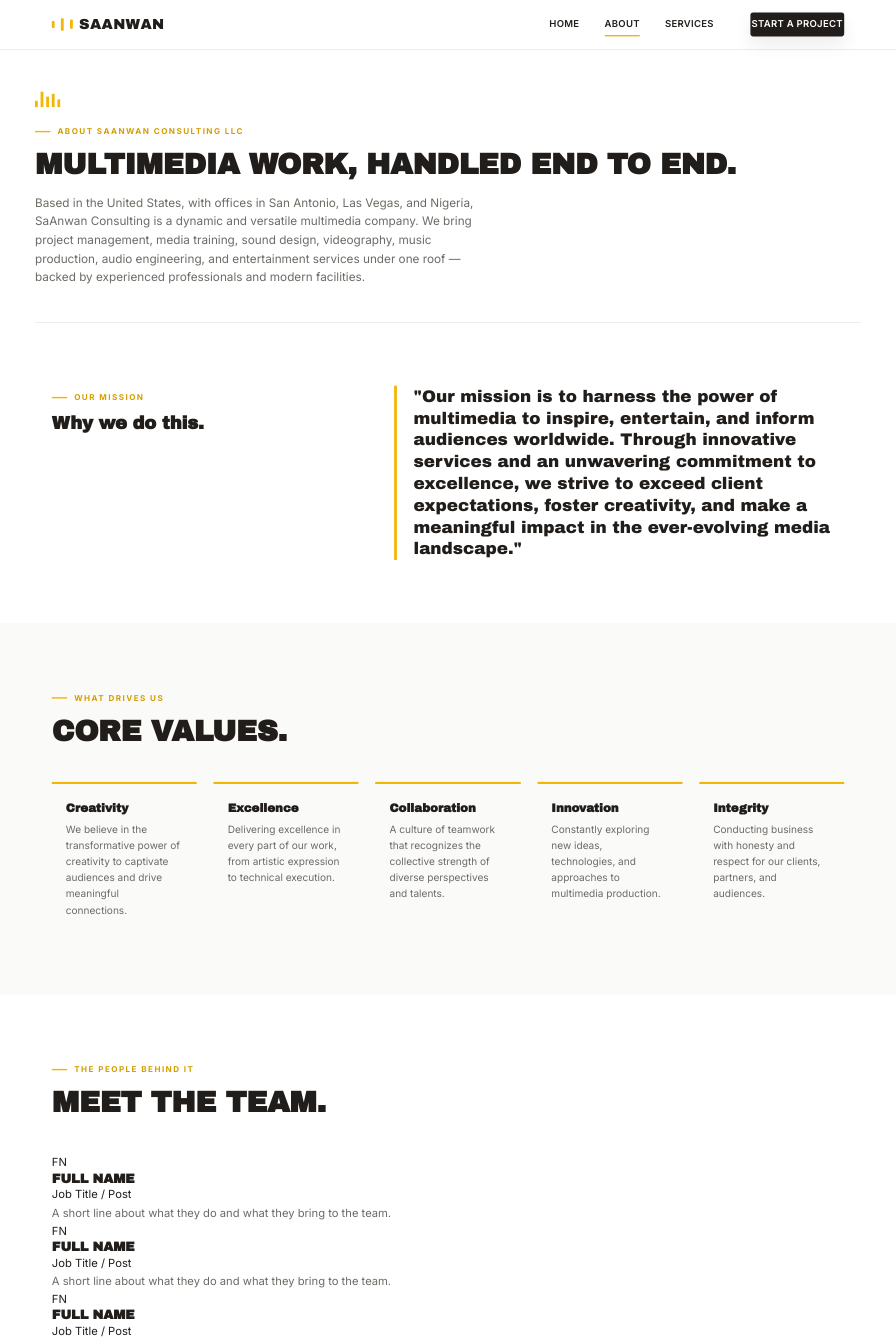
Repository: joshuaonazi/saanwan
Page: about.html
The author's editor kept a copy of each file at every save. The page is drawn from the files as they stood at one save, then again after the next save.
The browser window is 1280 px wide. The pictures show the part of the page from y = 0 to 1920 px (the page is 3302 px tall before and 3276 px after), at 70% of full size.

Above is the page before, as saved 2026-07-10 16:48:14.

After the next save:
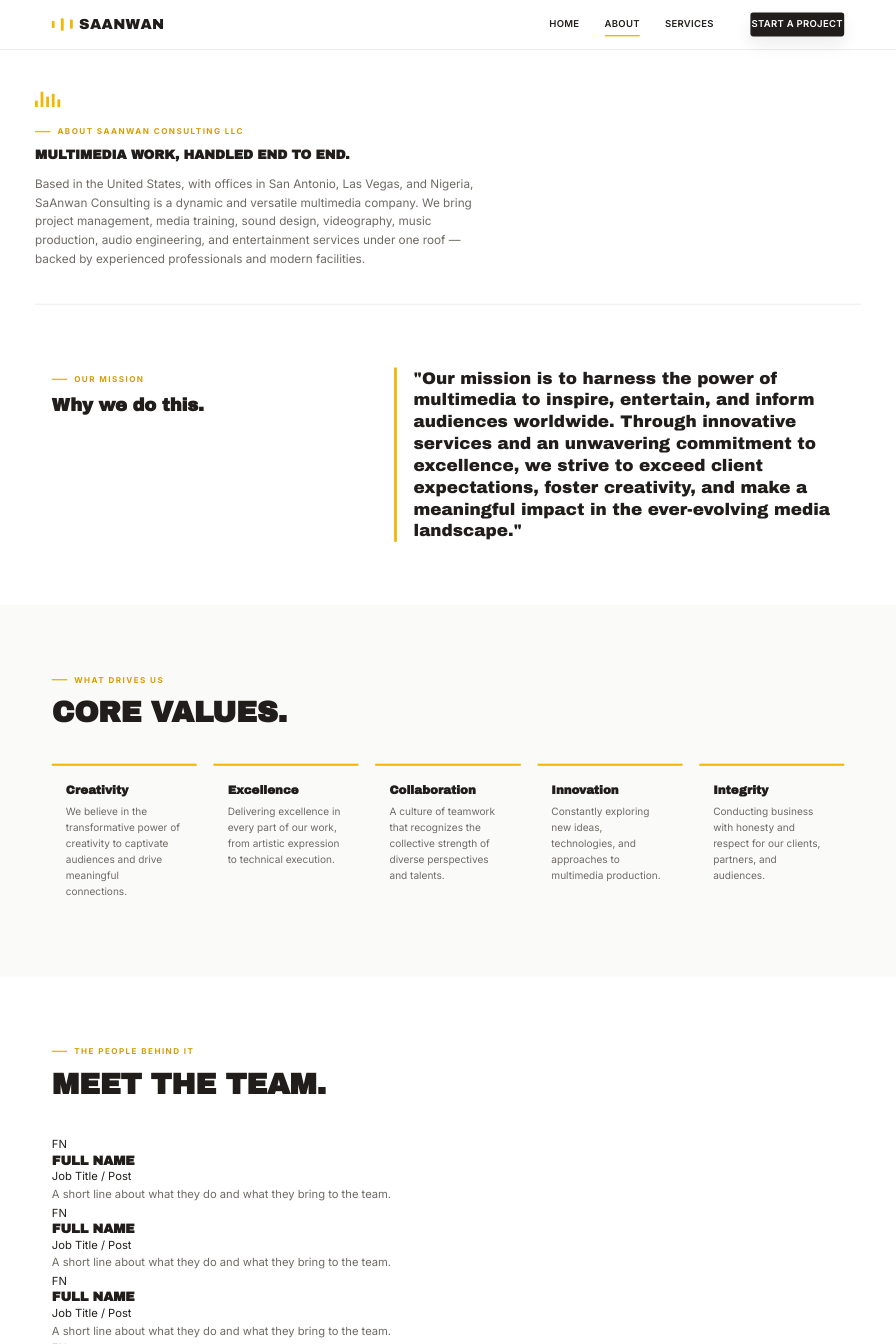
Saved 7 s later.
--- a/about.html
+++ b/about.html
@@ -35,7 +35,7 @@
   <section class="page-hero wrap">
     <div class="eq-divider"><span></span><span></span><span></span><span></span><span></span></div>
     <span class="eyebrow">About SaAnwan Consulting LLC</span>
-    <h2>Multimedia work, handled end to end.</h2>
+    <h3>Multimedia work, handled end to end.</h3>
     <p>Based in the United States, with offices in San Antonio, Las Vegas, and Nigeria, SaAnwan Consulting is a dynamic and versatile multimedia company. We bring project management, media training, sound design, videography, music production, audio engineering, and entertainment services under one roof — backed by experienced professionals and modern facilities.</p>
   </section>
 
